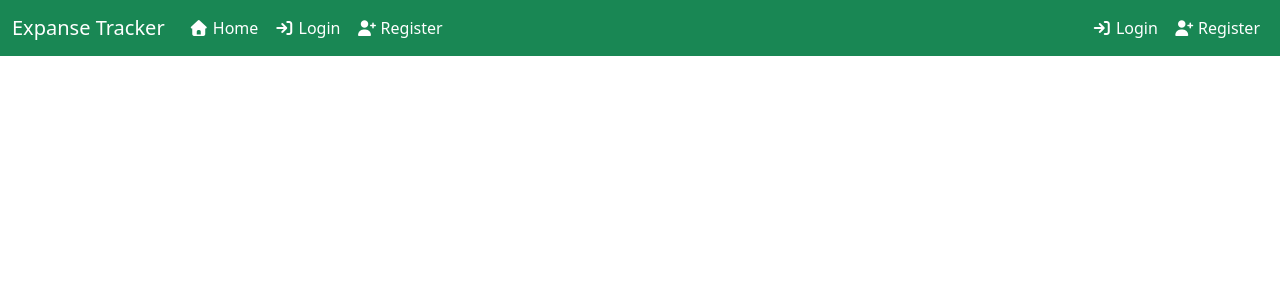
Repository: Hashim-Ansari-82/Java_Project
Page: http://localhost/Online_Expanse_Tracker/
An editor plug-in stored every save of this project. The page is shown before and after the next save, followed by the edit.
The browser window is 1280 px wide. The pictures show the whole page.
Some web libraries are served in a nearby version. The page is served by Tomcat 9. Other server files are loaded and not shown.

Above is the page before, as saved 2026-05-25 04:51:47.

### Online_Expanse_Tracker/src/main/webapp/index.jsp
<%@ page language="java" contentType="text/html; charset=UTF-8"
	pageEncoding="UTF-8"%>
<!DOCTYPE html>
<html>
<head>
<meta charset="UTF-8">
<title>Home Page</title>
<link
	href="https://cdn.jsdelivr.net/npm/bootstrap@5.0.2/dist/css/bootstrap.min.css"
	rel="stylesheet"
	integrity="sha384-EVSTQN3/azprG1Anm3QDgpJLIm9Nao0Yz1ztcQTwFspd3yD65VohhpuuCOmLASjC"
	crossorigin="anonymous">

<link rel="stylesheet"
	href="https://cdnjs.cloudflare.com/ajax/libs/font-awesome/7.0.1/css/all.min.css"
	integrity="sha512-2SwdPD6INVrV/lHTZbO2nodKhrnDdJK9/kg2XD1r9uGqPo1cUbujc+IYdlYdEErWNu69gVcYgdxlmVmzTWnetw=="
	crossorigin="anonymous" referrerpolicy="no-referrer" />
</head>
<body>

	<nav class="navbar navbar-expand-lg navbar-dark bg-success">
		<div class="container-fluid">
			<a class="navbar-brand" href="#">Expanse Tracker</a>
			<button class="navbar-toggler" type="button"
				data-bs-toggle="collapse" data-bs-target="#navbarSupportedContent"
				aria-controls="navbarSupportedContent" aria-expanded="false"
				aria-label="Toggle navigation">
				<span class="navbar-toggler-icon"></span>
			</button>
			<div class="collapse navbar-collapse" id="navbarSupportedContent">
				<ul class="navbar-nav ms-auto mb-2 mb-lg-0">
					<li class="nav-item"><a class="nav-link active"
						aria-current="page" href="#"><i class="fa-solid fa-house"></i> Home</a></li>
					<li class="nav-item"><a class="nav-link active" href="#">
					<i class="fa-solid fa-arrow-right-to-bracket"></i> Login</a></li>
					<li class="nav-item"><a class="nav-link active" href="#">
					<i class="fa-solid fa-user-plus"></i> Register</a></li>
				</ul>
			<div class="collapse navbar-collapse" id="navbarSupportedContent">
				<ul class="navbar-nav ms-auto mb-2 mb-lg-0">
					<li class="nav-item"><a class="nav-link active" href="#">
					<i class="fa-solid fa-arrow-right-to-bracket"></i> Login</a></li>
					<li class="nav-item"><a class="nav-link active" href="#">
					<i class="fa-solid fa-user-plus"></i> Register</a></li>
				</ul>
			</div>
		</div>
	</nav>

	<script
		src="https://cdn.jsdelivr.net/npm/bootstrap@5.0.2/dist/js/bootstrap.bundle.min.js"
		integrity="sha384-MrcW6ZMFYlzcLA8Nl+NtUVF0sA7MsXsP1UyJoMp4YLEuNSfAP+JcXn/tWtIaxVXM"
		crossorigin="anonymous">

	</script>
</body>
</html>

After the next save:
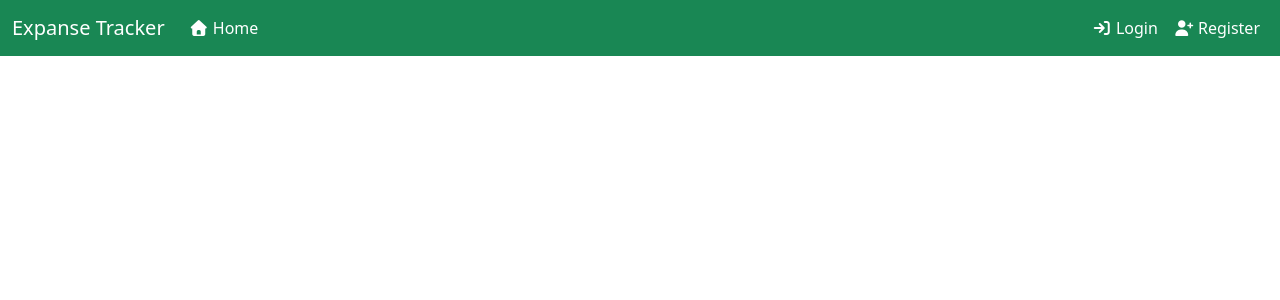
Saved 15 s later.
--- a/Online_Expanse_Tracker/src/main/webapp/index.jsp
+++ b/Online_Expanse_Tracker/src/main/webapp/index.jsp
@@ -28,13 +28,9 @@
 				<span class="navbar-toggler-icon"></span>
 			</button>
 			<div class="collapse navbar-collapse" id="navbarSupportedContent">
-				<ul class="navbar-nav ms-auto mb-2 mb-lg-0">
+				<ul class="navbar-nav me-auto mb-2 mb-lg-0">
 					<li class="nav-item"><a class="nav-link active"
 						aria-current="page" href="#"><i class="fa-solid fa-house"></i> Home</a></li>
-					<li class="nav-item"><a class="nav-link active" href="#">
-					<i class="fa-solid fa-arrow-right-to-bracket"></i> Login</a></li>
-					<li class="nav-item"><a class="nav-link active" href="#">
-					<i class="fa-solid fa-user-plus"></i> Register</a></li>
 				</ul>
 			<div class="collapse navbar-collapse" id="navbarSupportedContent">
 				<ul class="navbar-nav ms-auto mb-2 mb-lg-0">
